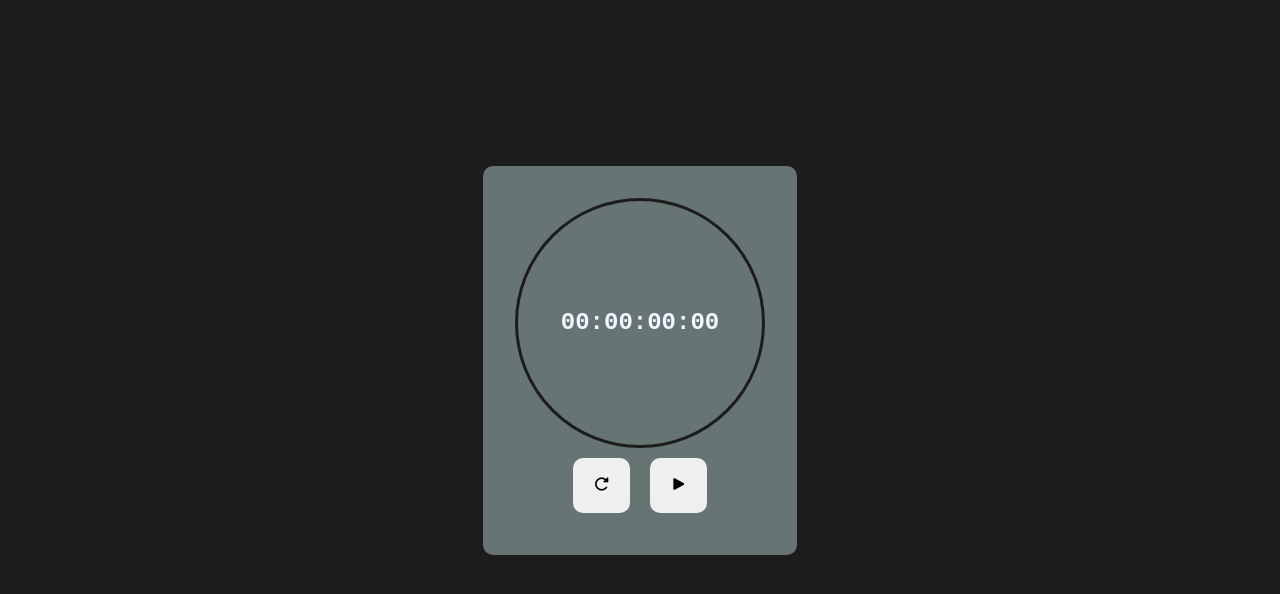
Repository: ValdemarCaculo/TEMPORIZADOR
Page: index.html
These files come from the project's save history. The page is drawn as it stood at one moment and after the next save; the edit follows.
The browser window is 1280 px wide. The pictures show the whole page.
Some web libraries are served in a nearby version.

Above is the page before, as saved 2025-12-06 15:30:55.

After the next save:
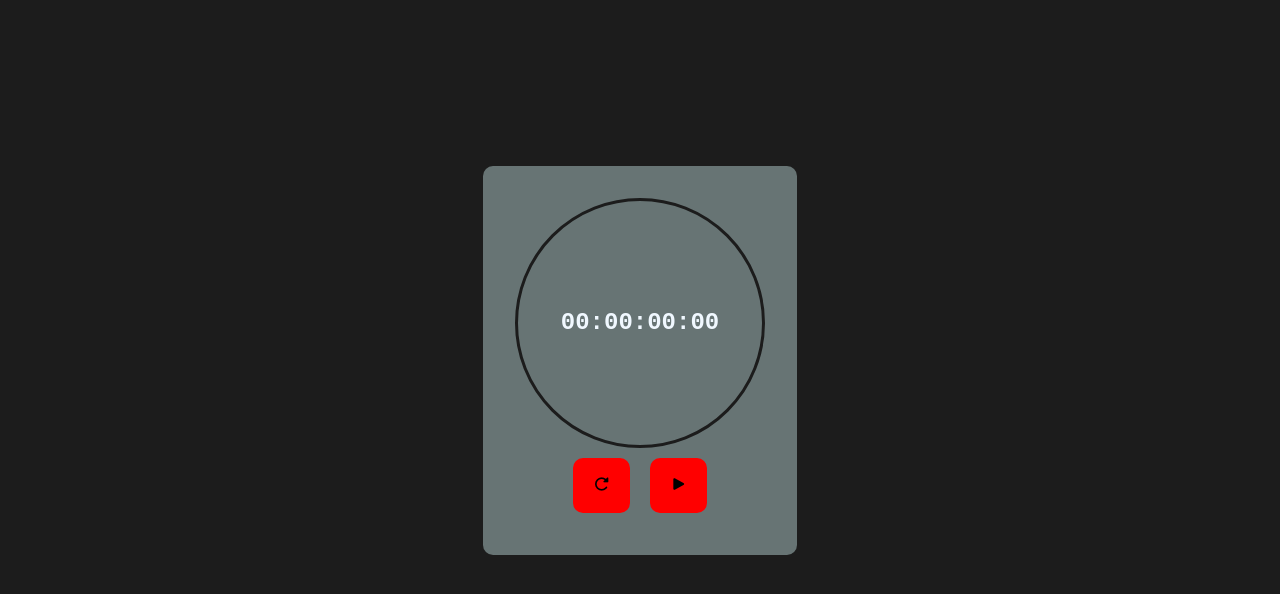
Saved 5 s later.
--- a/CSS/style.css
+++ b/CSS/style.css
@@ -40,7 +40,7 @@
     padding: 20px;
     border: none;
     transition: 3ms ;
-    c
+    background-color: red;
 }
 button :hover{
 

After the 2 saves that followed:
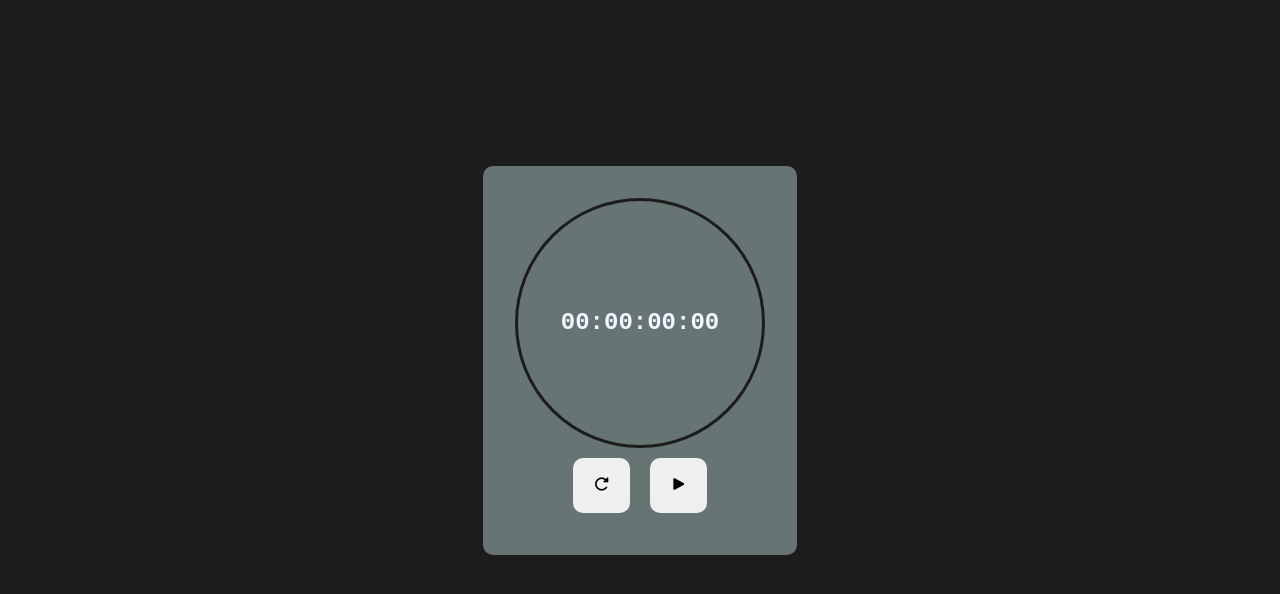
The 2 saves are shown as one change because they came seconds apart.
The last was saved 13 s later.
--- a/CSS/style.css
+++ b/CSS/style.css
@@ -40,10 +40,10 @@
     padding: 20px;
     border: none;
     transition: 3ms ;
-    background-color: red;
+
 }
 button :hover{
-
+    background-color: red;
 
 }
 
